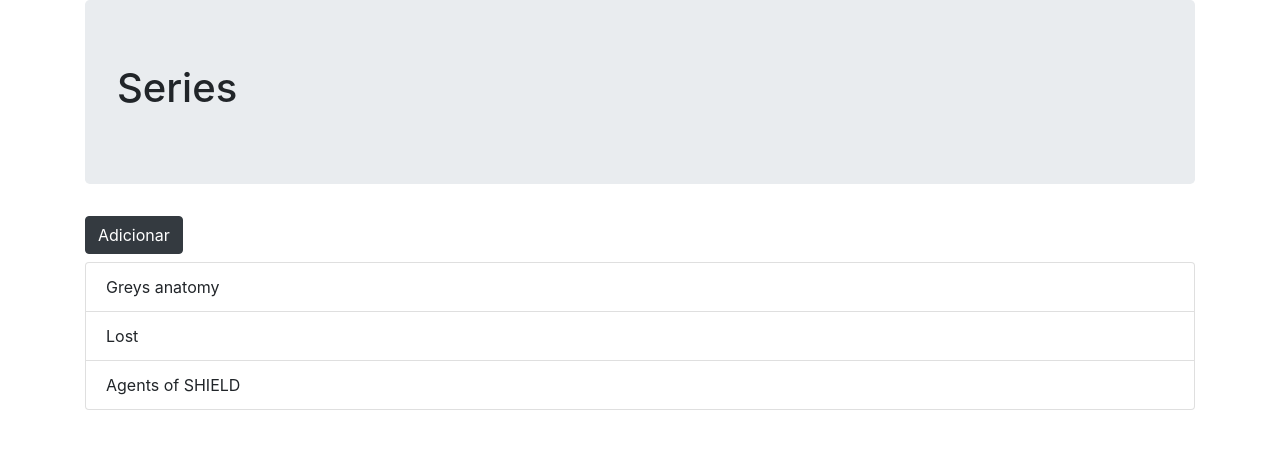
Repository: allan-api/controle-series-laravel
Page: http://localhost/series
The author's editor kept a copy of each file at every save. The page is drawn from the files as they stood at one save, then again after the next save.
The browser window is 1280 px wide. The pictures show the whole page.
The page is served by the project's Laravel application, run on PHP 8.4 with Laravel 8. Queries for data that is not in the repository find no rows.

Above is the page before, as saved 2019-11-11 18:02:52.

After the next save:
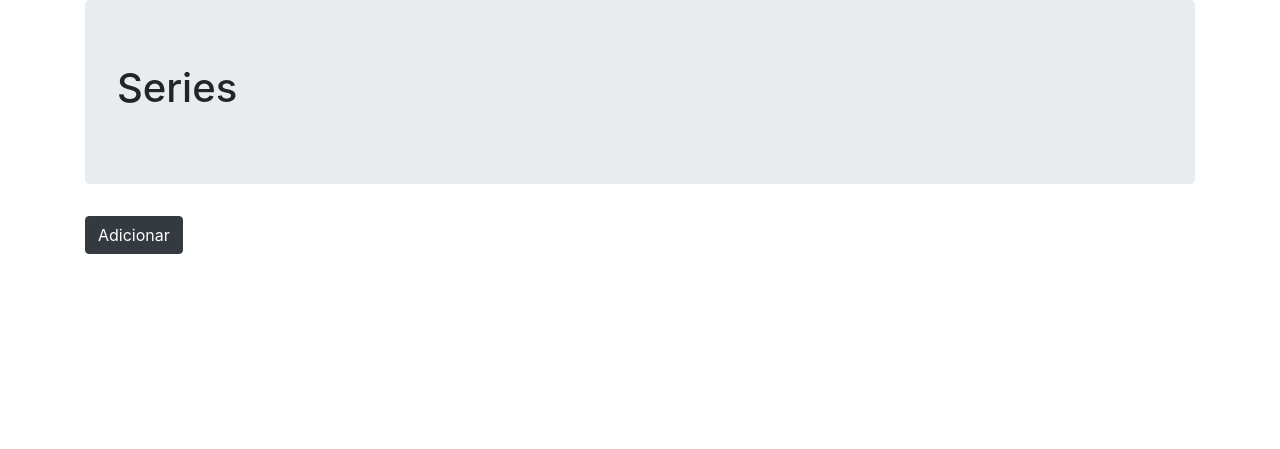
Saved 64 min 1 s later.
--- a/app/Http/Controllers/SeriesController.php
+++ b/app/Http/Controllers/SeriesController.php
@@ -1,4 +1,5 @@
 <?php
+
 namespace App\Http\Controllers;
 
 use App\Serie;
@@ -6,22 +7,10 @@ use Illuminate\Http\Request;
 
 class SeriesController extends Controller
 {
-    public function index()
-    {
-        $series = [
-            'Greys anatomy',
-            'Lost',
-            'Agents of SHIELD'
-        ];
+    public function index() {
+        $series = Serie::all();
 
-        // chamando a pasta na view seguido do nome do metodo
-        return view('series.index', compact('series')
-            // ou
-            // return view('series.index', [
-                // 'series' => $series
-                // ]
-        );
-        // procura na pasta serie o arquivo index
+        return view('series.index', compact('series'));
     }
 
     public function create()
@@ -31,9 +20,9 @@ class SeriesController extends Controller
 
     public function store(Request $request)
     {
-        $nome = $request->nome;
-        $serie = new Serie();
-        $serie->nome = $nome;
-        var_dump($serie->save());
+        $serie = Serie::create($request->all());
+
+        echo "Série com id {$serie->id} criada: {$serie->nome}";
+        exit();
     }
 }
